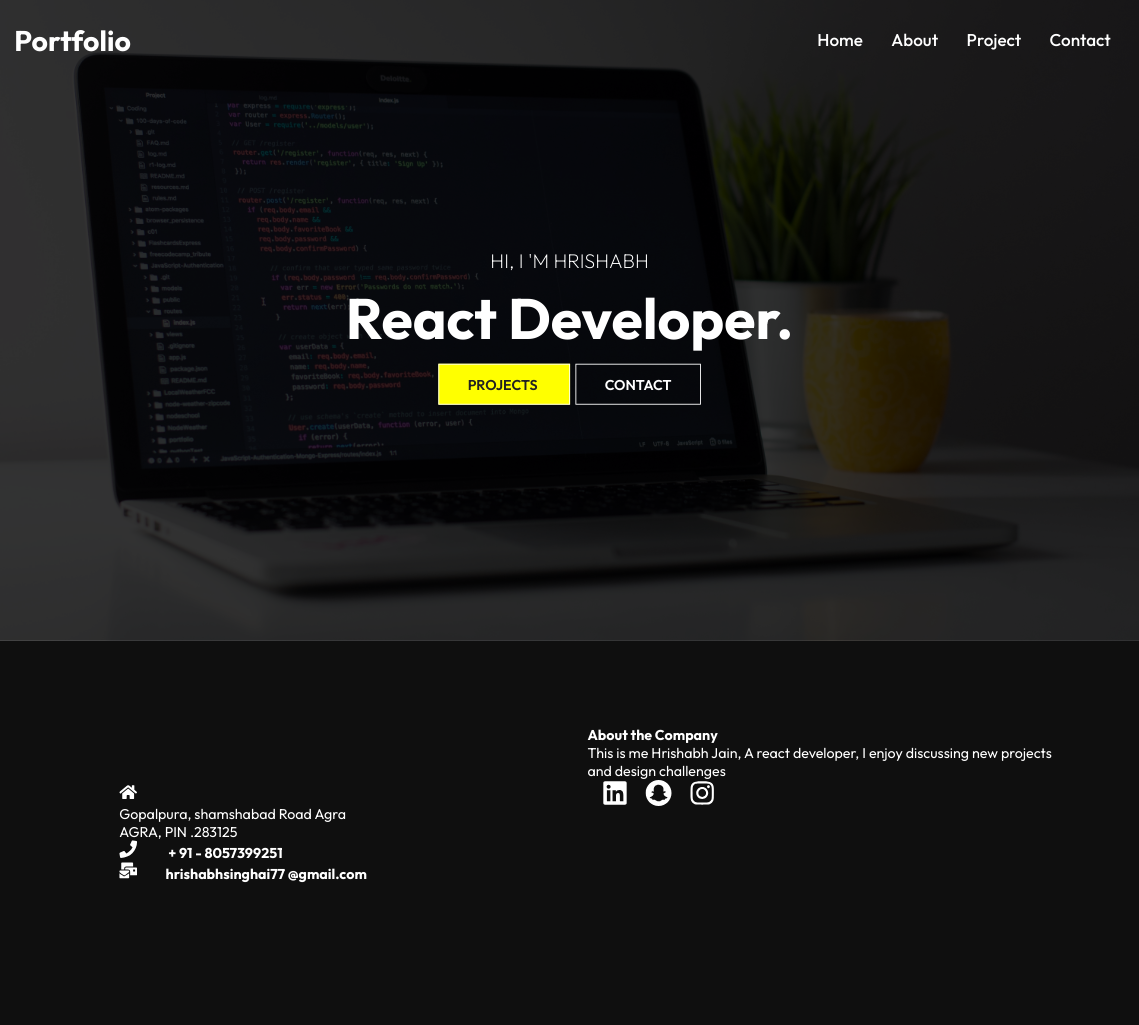
Repository: Hrishabhsinghai/Portfolio
Page: /
An editor plug-in stored every save of this project. The page is shown before and after the next save, followed by the edit.
The browser window is 1280 px wide. The pictures show the whole page, at 89% of full size.
The project was rebuilt for these pictures with package versions that can differ from the ones it lists, and the page was loaded fresh each time. Also part of the build but not shown: src/routes/About.js, src/routes/Project.js, src/routes/Contact.js.

Above is the page before, as saved 2024-01-04 16:03:24.

After the next save:
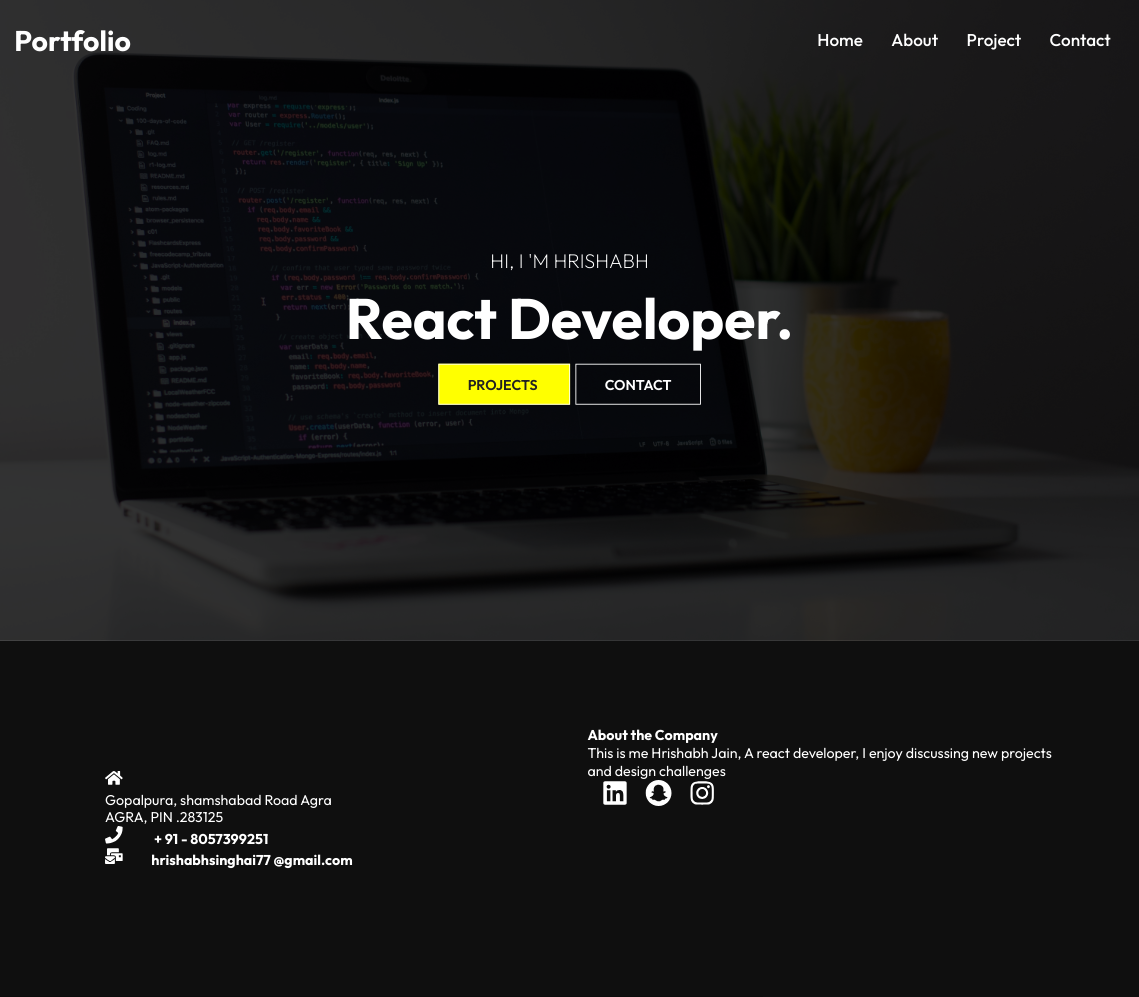
Saved 6 s later.
--- a/src/components/FooterStyles.css
+++ b/src/components/FooterStyles.css
@@ -18,5 +18,5 @@
   display: flex;
   flex-direction: column;
   padding: 2rem;
-  margin: 2rem;
+  margin: 1rem;
 }
